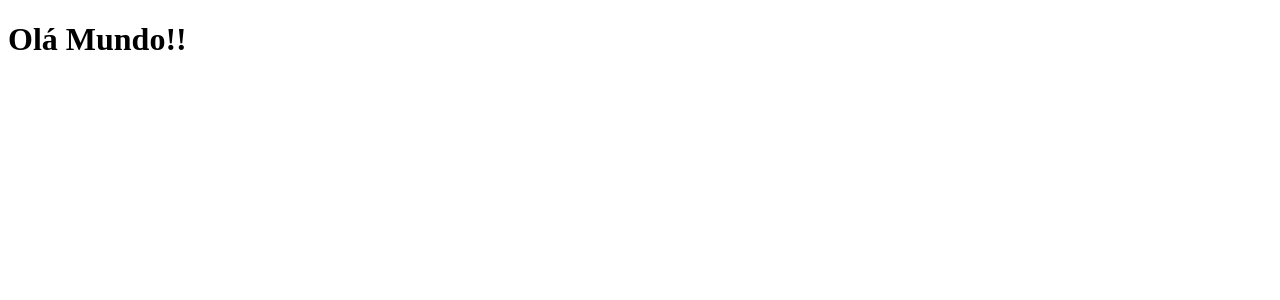
Repository: formatech2018/BRUNNO-S-FILMES
Page: http://localhost/springmvc/
The author's editor kept a copy of each file at every save. The page is drawn from the files as they stood at one save, then again after the next save.
The browser window is 1280 px wide. The pictures show the whole page.
The page is served by Tomcat 9. Other server files are loaded and not shown.

Above is the page before, as saved 2018-08-02 15:19:36.

### springmvc/src/main/webapp/WEB-INF/templates/Home.jsp
<%@ page language="java" contentType="text/html; charset=ISO-8859-1"
    pageEncoding="ISO-8859-1"%>
<!DOCTYPE html PUBLIC "-//W3C//DTD HTML 4.01 Transitional//EN" "http://www.w3.org/TR/html4/loose.dtd">
<html>
<head>
<meta http-equiv="Content-Type" content="text/html; charset=ISO-8859-1">
<title>Insert title here</title>
</head>
<body>

	<h1>Olá Mundo!!</h1>



</body>
</html>

After the next save:
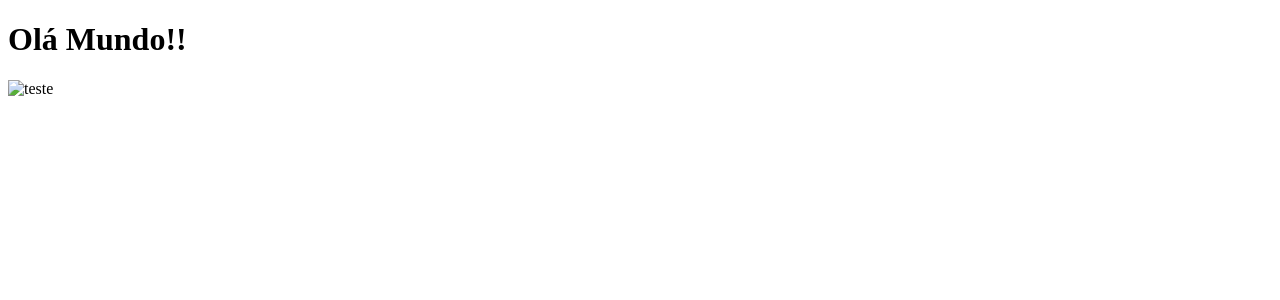
Not found: springmvc/springmvc/resources/img/img1.png
Saved 3 s later.
--- a/springmvc/src/main/webapp/WEB-INF/templates/Home.jsp
+++ b/springmvc/src/main/webapp/WEB-INF/templates/Home.jsp
@@ -9,7 +9,7 @@
 <body>
 
 	<h1>Olá Mundo!!</h1>
-
+	<img alt="teste" src="resources/img/img1.png">
 
 
 </body>

After the save that followed:
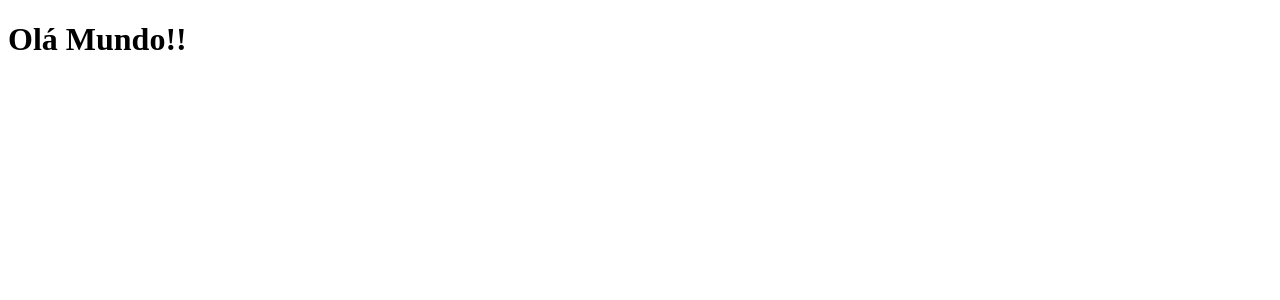
Saved 49 s later.
--- a/springmvc/src/main/webapp/WEB-INF/templates/Home.jsp
+++ b/springmvc/src/main/webapp/WEB-INF/templates/Home.jsp
@@ -9,7 +9,6 @@
 <body>
 
 	<h1>Olá Mundo!!</h1>
-	<img alt="teste" src="resources/img/img1.png">
 
 
 </body>
